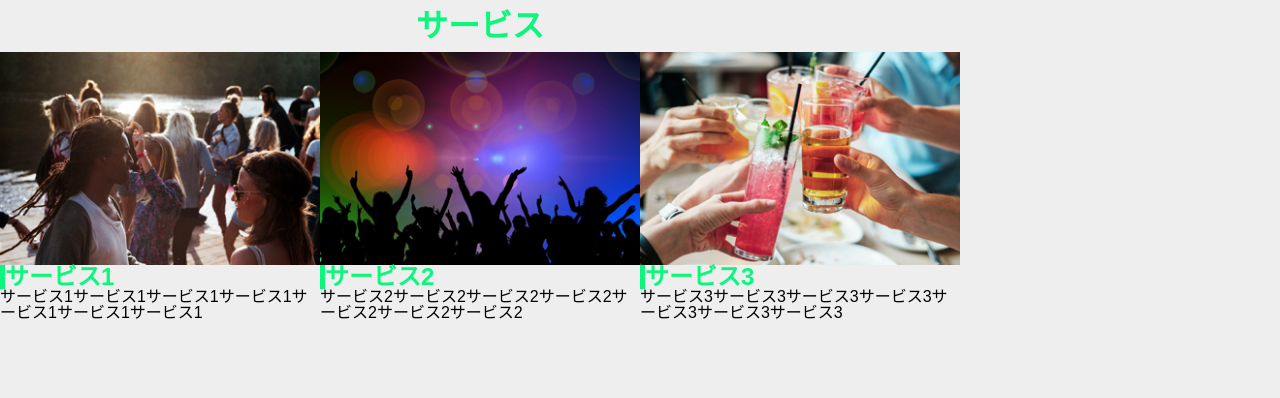
Repository: sonoyama01/dezasuta
Page: 第３回課題/work2/index.html
An editor plug-in stored every save of this project. The page is shown before and after the next save, followed by the edit.
The browser window is 1280 px wide. The pictures show the whole page.

Above is the page before, as saved 2024-04-27 23:01:16.

### 第３回課題/work2/index.html
<!DOCTYPE html>
<html lang="ja">

<head>
    <meta charset="UTF-8">
    <meta name="viewport" content="width=device-width, initial-scale=1.0">
    <title>第3回課題work2</title>
    <link rel="stylesheet" href="./css/reset.css">
    <link rel="stylesheet" href="./css/style.css">
</head>

<body>
    <h1>サービス</h1>
    <div class="box">
        <div>
            <img src="./images/main_1.jpg" alt="">
            <h2>サービス1</h2>
            <p>サービス1サービス1サービス1サービス1サービス1サービス1サービス1</p>
        </div>

        <div>
            <img src="./images/main_2.png" alt="">
            <h2>サービス2</h2>
            <p>サービス2サービス2サービス2サービス2サービス2サービス2サービス2</p>
        </div>

        <div>
            <img src="./images/main_3.png" alt="">
            <h2>サービス3</h2>
            <p>サービス3サービス3サービス3サービス3サービス3サービス3サービス3</p>
        </div>
    </div>

</body>

</html>

### 第３回課題/work2/css/reset.css
@charset "utf-8";

/* cssリセット */

/*利用するタグによってこちらの内容は増やす*/

html,
body,
h1,
h2,
h3,
p,
dl,
dt,
dd,
ul,
li {
  margin: 0;
  padding: 0;
  line-height: 1;
  /*デフォルトの文字色、font-familyを予め当てておく*/
  color: #000;
  font-family: "游ゴシック体", YuGothic, "游ゴシック", "Yu Gothic", "メイリオ",
    "Hiragino Kaku Gothic ProN", "Hiragino Sans", sans-serif;
}

a {
  /*下線を消す*/
  text-decoration: none;
  /*色を消す*/
  color: inherit;
}

ul {
  /*左の「・」を消す*/
  list-style: none;
}

img {
  max-width: 100%;
  vertical-align: bottom;
  border: none;
}

### 第３回課題/work2/css/style.css
@charset "utf-8";

body {
  width: 960px;
  background-color: #eeeeee;
}
h1 {
  text-align: center;
  color: rgb(12, 246, 125);
  margin: 10px auto;
  padding: 0px auto;
}

h2 {
  color: rgb(12, 246, 125);
  border-left: 5px solid rgb(12, 246, 125);
}
.box {
  display: flex;
  justify-content: space-between;
}

After the next save:
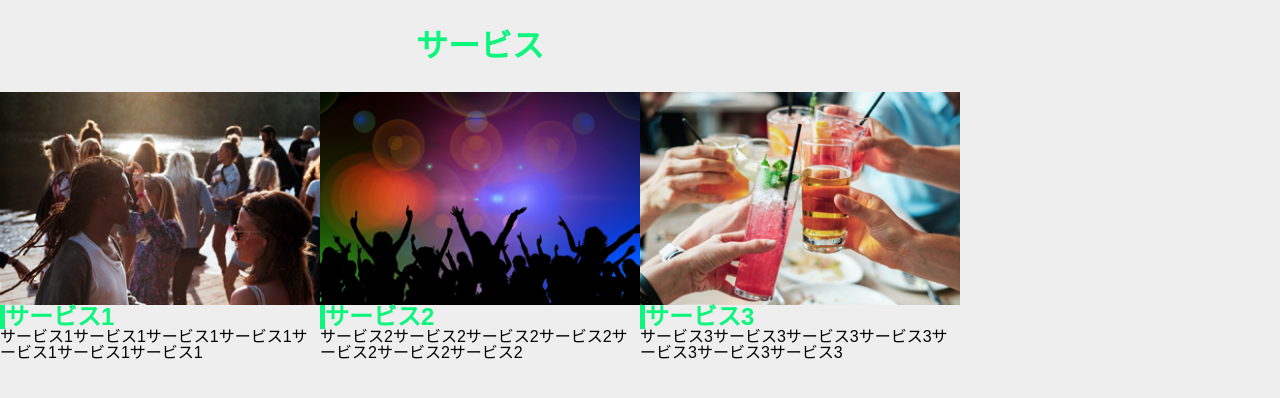
Saved 66 s later.
--- a/第３回課題/work2/css/style.css
+++ b/第３回課題/work2/css/style.css
@@ -7,7 +7,7 @@ body {
 h1 {
   text-align: center;
   color: rgb(12, 246, 125);
-  margin: 10px auto;
+  margin: 30px auto;
   padding: 0px auto;
 }
 
